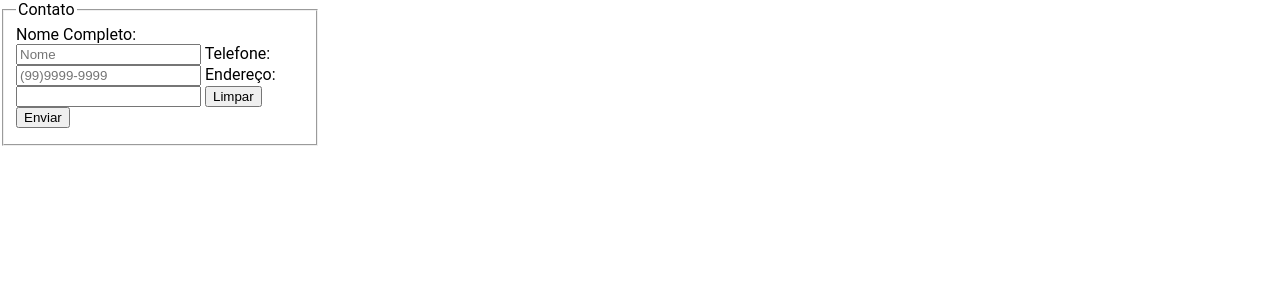
Repository: PedroViniciusVeiga/ProjetoColdigo
Page: exemploServlet/WebContent/contato.html
An editor plug-in stored every save of this project. The page is shown before and after the next save, followed by the edit.
The browser window is 1280 px wide. The pictures show the whole page.

Above is the page before, as saved 2021-04-07 02:27:21.

### exemploServlet/WebContent/contato.html
<!DOCTYPE html>
<html>
<head>
<meta charset="UTF-8">
<title>Registro de Contatos</title>
<link rel="stylesheet" type="text/css" href="css/siteContato.css">

</head>

<body>
<section>
<div class="blocoForm">
	<form name="dadosdecontato" method="post" action="#" class="formContato">
		<fieldset>
			<legend>Contato</legend>
			<label for="nome">Nome Completo:</label> <input type="text" name="txtnome"  id="nome" placeholder="Nome">
			<label for="fone">Telefone:</label> <input type="text" name="txtfone" placeholder=(99)9999-9999 id="fone">
			<label for="end">Endereço:</label> <input type="text" name="txtend"  id="end">
			<button type="reset">Limpar</button> <button type="submit" id="enviar">Enviar</button>
			<table>
				<tr>

					<td></td>
				</tr>
			</table>
		</fieldset>
	</form>
	</div>
</section>
</body>

</html>

### exemploServlet/WebContent/css/siteContato.css
@charset "UTF-8";

			/*Corpo da página*/

body {
	margin: 0 auto;
	font-family: "Roboto", sans-serif;
}

section{
	clear:both;
	min-height:300px;
	width: 100%;
	margin-top:0px;
}

.blocoForm{
	float:left;
	width: 320px;
	height: 400px;
}

After the next save:
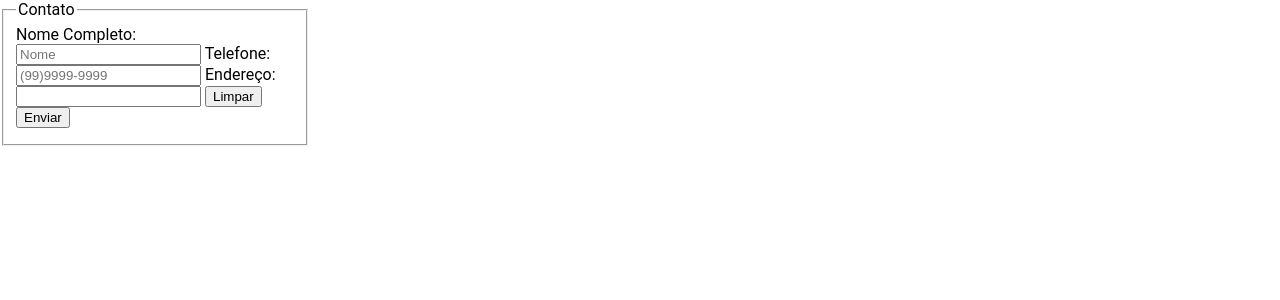
Saved 7 s later.
--- a/exemploServlet/WebContent/css/siteContato.css
+++ b/exemploServlet/WebContent/css/siteContato.css
@@ -16,6 +16,6 @@ section{
 
 .blocoForm{
 	float:left;
-	width: 320px;
+	width: 310px;
 	height: 400px;
 }
